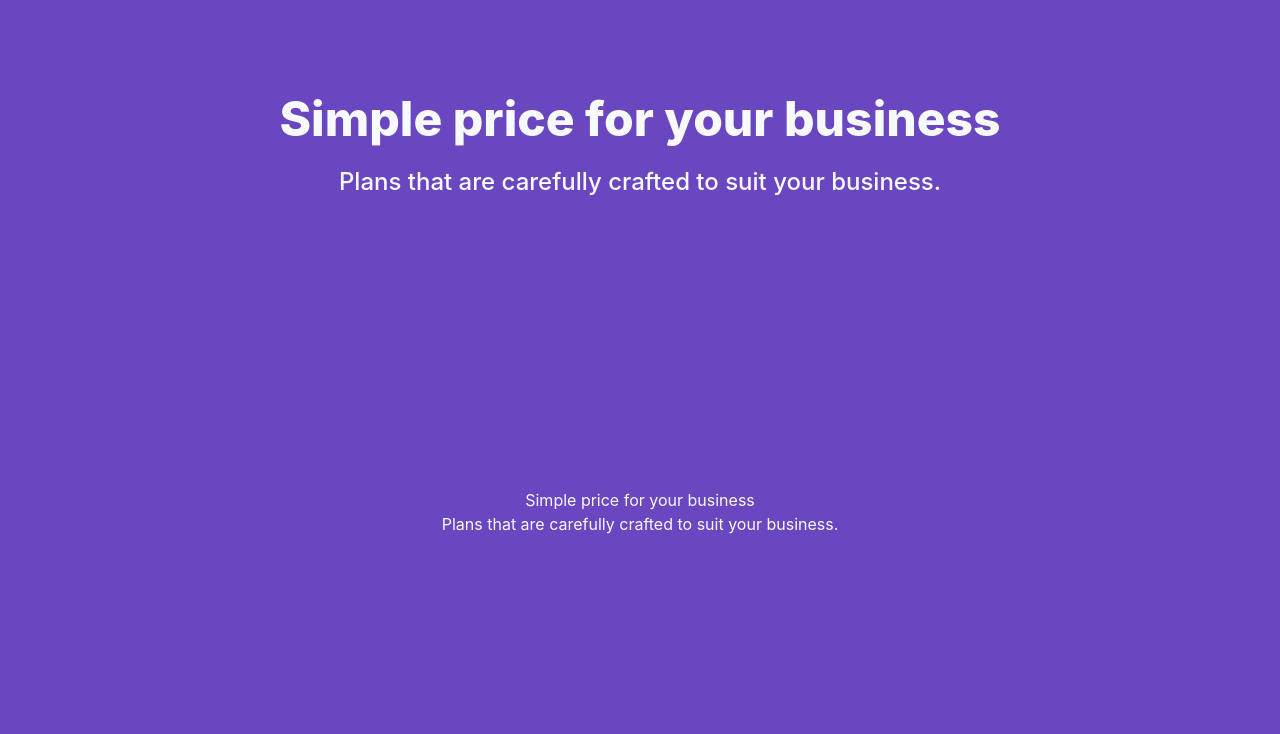
Repository: noutijo/learn-in-depth-chakra-ui
Page: /
These files come from the project's save history. The page is drawn as it stood at one moment and after a run of saves; the edit follows.
The browser window is 1280 px wide. The pictures show the whole page.
The project was rebuilt for these pictures with package versions that can differ from the ones it lists, and the page was loaded fresh each time. Also part of the build but not shown: vite.config.ts.

Above is the page before, as saved 2023-01-30 15:26:14.

After the next 2 saves:
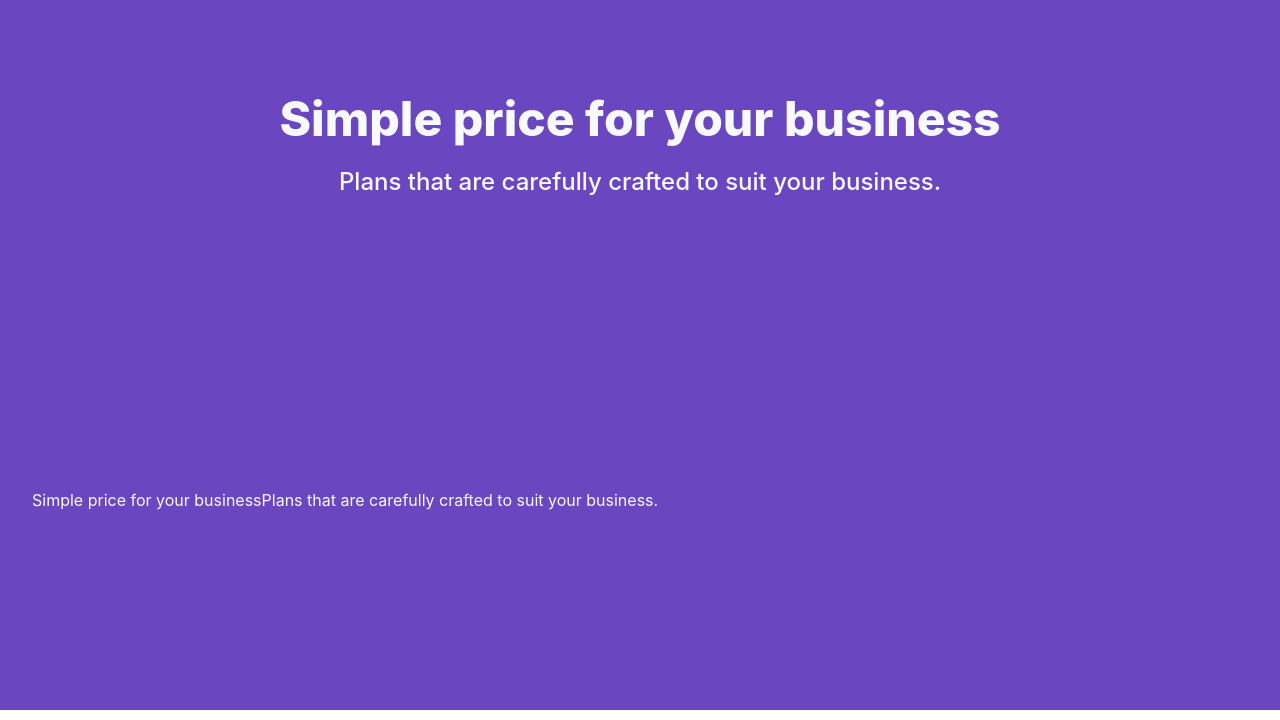
The 2 saves are shown as one change because 1 did not build or start.
The last was saved 9 s later.
--- a/src/components/Pricing.tsx
+++ b/src/components/Pricing.tsx
@@ -3,15 +3,17 @@ import { Box, Heading, Text, Flex } from "@chakra-ui/react";
 
 export function Pricing() {
   return (
-    <Box as="section" color="#F7FAFC" bg="#6b46c1" pt="90px" pb="198px" px="32px">
-      <Box>
-      <Box>
-        Simple price for your business
-      </Box>
-      <Box>
-        Plans that are carefully crafted to suit your business.
-      </Box>
-      </Box>
+    <Box
+      as="section"
+      color="#F7FAFC"
+      bg="#6b46c1"
+      pt="90px"
+      pb="198px"
+      px="32px">
+      <Flex>
+        <Box>Simple price for your business</Box>
+        <Box>Plans that are carefully crafted to suit your business.</Box>
+      </Flex>
     </Box>
   );
 }
